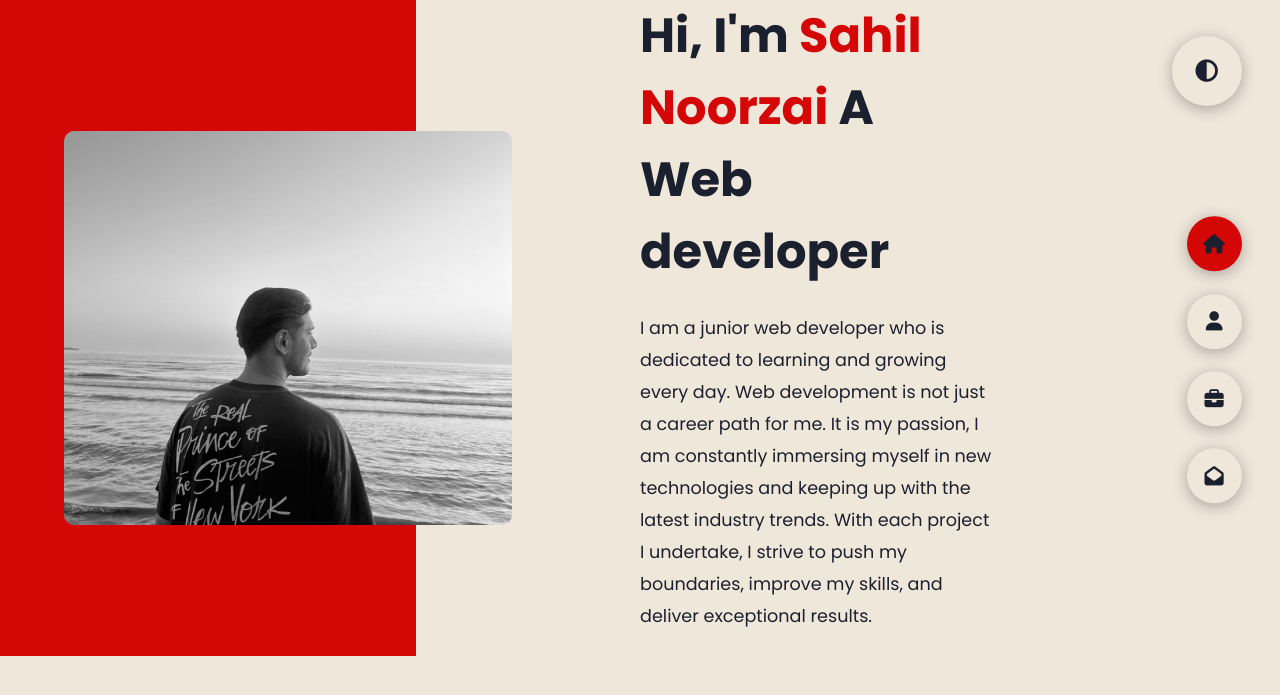
Repository: nftGambler/noorzai-portfolio
Page: index.html
The author's editor kept a copy of each file at every save. The page is drawn from the files as they stood at one save, then again after the next save.
The browser window is 1280 px wide. The pictures show the whole page.
After loading, the first visible `div.theme-btn` was clicked once.
The style sheet was rebuilt from its Sass, Less or Tailwind sources for each picture, by a compiler version that may differ from the author's.

Above is the page before, as saved 2023-11-23 21:38:50.

### index.html
<!DOCTYPE html>
<html lang="en">
<head>



  <link rel="stylesheet" href="https://cdnjs.cloudflare.com/ajax/libs/font-awesome/6.4.0/css/all.min.css" integrity="sha512-iecdLmaskl7CVkqkXNQ/ZH/XLlvWZOJyj7Yy7tcenmpD1ypASozpmT/E0iPtmFIB46ZmdtAc9eNBvH0H/ZpiBw==" crossorigin="anonymous" referrerpolicy="no-referrer">
  <link rel="stylesheet" href="/style/styles.css">
  <link rel="preconnect" href="https://fonts.googleapis.com">
  <link rel="preconnect" href="https://fonts.gstatic.com" crossorigin>
  <link href="https://fonts.googleapis.com/css2?family=Poppins:wght@400;500;600;700;800&display=swap" rel="stylesheet">
  <meta charset="UTF-8">
  <meta http-equiv="X-UA-Compatible" content="IE=edge">
  <meta name="viewport" content="width=device-width, initial-scale=1.0">
  <title>Portfolio</title>
</head>
<body class="main-content">

<header class="section sec1 header active" id="home">
  <div class="header-content">
    <div class="left-header">
      <div class="h-shape"></div>
      <div class="image">
        <img src="/images/D34CA683-6714-454B-97C2-18B314A18C3F_1_105_c.jpeg">
      </div>


    </div>
    <div class="right-header">
  <h1 class="name">Hi, I'm <span>Sahil Noorzai</span> A Web developer</h1>
  <p>
    I am a junior web developer who is dedicated to learning and growing
    every day. Web development is not just a career path for me. It is my passion, I am constantly
    immersing myself in new technologies and keeping up with the latest industry trends.
    With each project I undertake, I strive to push my boundaries, improve my skills, and deliver exceptional results.
  </p>

    </div>
  </div>

</header>

<main>
  <section class="section sec2 about" id="about">

    <div class="main-title">
        <h2>About <span>me</span> <span class="bg-text"></span></h2>
    </div>

    <div class="about-container">
      <div class="left-about">
        <h4>Information About me</h4>
        <p>
          As a passionate front-end developer, I have embarked on an inspiring self-taught
          journey for the past 1.5 years. Motivated by deep curiosity for web development and a desire
          to expand my skillset, I have dedicated countless hours to honing my craft independently. Throughout this time,
          I have proactively sought out a diverse range of resources, online tutorials, and coding communities, which have played
          a pivotal role in shaping my expertise. From humble beginnings to successfully completing numerouse personal projects, each step
          of this transformative journey has reinforced my adaptabillity, resourcefulness, and unwavering commitment to excellence in front-end development.
        </p>

        <div class="btn-con">

        </div>

      </div>

      <div class="right-about">
        <div class="about-item">
          <div class="abt-text">
            <p class="large-text">Javascript</p>

          </div>
        </div>
        <div class="about-item">
          <div class="abt-text">
            <p class="large-text">React JS</p>

          </div>
        </div>
        <div class="about-item">
          <div class="abt-text">
            <p class="large-text">HTML/HTML5</p>

          </div>
        </div>
        <div class="about-item">
          <div class="abt-text">
            <p class="large-text">CSS/Tailwind-CSS</p>

          </div>
        </div>
      </div>

    </div>

    <div class="about-stats">
      <h4 class="stat-title">My Skills</h4>
  </section>


  <section class="section sec3 portfolio" id="portfolio">

  <div class="main-title">
      <h2>My <span>Portfolio</span><span class="bg-text"></span></h2>
  </div>
  <p class="port-text">
    Several hands-on projects from reputable online courses and tutorials.
  </p>

<div class="portfolios">



  <div class="portfolio-item">
    <div class="image">
      <img src="/images/pngwing.com-3.png" alt="">
    </div>
    <div class="hover-items">

      <h3>Project Source</h3>
      <div class="icons">
        <a class="icon" href="https://countriesrestapiproject.netlify.app" target="_blank">
          <i class="fab fa-github"></i>
        </a>
      </div>

    </div>


  </div>


  <div class="portfolio-item">
    <div class="image">
      <img src="/images/crypto.png" alt="">
    </div>
    <div class="hover-items">

      <h3>Project Source</h3>
      <div class="icons">
        <a class="icon" href="https://crypto-project-portfolio.netlify.app" target="_blank">
          <i class="fab fa-github"></i>
        </a>
      </div>

    </div>


  </div>





  <div class="portfolio-item">
    <div class="image">
      <img src="/images/6831872.png" alt="">
    </div>
    <div class="hover-items">

      <h3>Project Source</h3>
      <div class="icons">
        <a class="icon" href="https://nftgambler.github.io/Game/" target="_blank">
          <i class="fab fa-github"></i>
        </a>
      </div>

    </div>


  </div>


  <div class="portfolio-item">
    <div class="image">
      <img src="/images/pngwing.com (1).png" alt="">
    </div>
    <div class="hover-items">

      <h3>Project Source</h3>
      <div class="icons">
        <a class="icon" href="https://amazon-portfolio-project.netlify.app/" target="_blank">
          <i class="fab fa-github"></i>
        </a>
      </div>

    </div>


  </div>


  <div class="portfolio-item">
    <div class="image">
      <img src="/images/youtube-logo-png-2067.png" alt="">
    </div>
    <div class="hover-items">

      <h3>Project Source</h3>
      <div class="icons">
        <a class="icon" href="https://youtube-portfolio-project.netlify.app" target="_blank">
          <i class="fab fa-github"></i>
        </a>
      </div>

    </div>


  </div>




  <div class="portfolio-item">
    <div class="image">
      <img src="/images/icons8-pair-app-500.png" alt="">
    </div>
    <div class="hover-items">

      <h3>Project Source</h3>
      <div class="icons">
        <a class="icon" href="https://small-api-project.netlify.app" target="_blank">
          <i class="fab fa-github"></i>
        </a>
      </div>

    </div>


  </div>
</div>


  </section>


  <section class="section sec5 contacts" id="contact">

    <div class="contact-container">
      <div class="main-title">
        <h2>Contact<span>Me</span><span class="bg-text"></span></h2>
      </div>
      <div class="contact-content-container">
        <div class="left-contact">

          <div class="contact-info">
            <div class="contact-item">
              <div class="icon">
                <i class="fas fa-envelope"></i>
                <span>Email</span>
              </div>
              <p>
                <span>sharo.s.n@hotmail.com</span>
              </p>
            </div>

            <div class="contact-item">
              <div class="icon">
                <i class="fas fa-user-graduate"></i>
                <span>Mobile Number</span>
              </div>
              <p>
                <span>438-528-6982</span>
              </p>
            </div>


            <div class="contact-item">
              <div class="icon">
                <i class="fas fa-map-marker-alt"></i>
                <span>Location</span>
              </div>
              <p>
                <span>
                  Montreal, Canada
                </span>
              </p>
            </div>


            <div class="contact-item">
              <div class="icon">
                <i class="fa-solid fa-globe"></i>
                <span>Languages</span>
              </div>
              <p>
                <span>
                  German, Persian, English
                </span>
              </p>
            </div>
          </div>



        </div>



          <div class="right-contact">

            <form action="mailto:sharo.s.n@hotmail.com" method="post" enctype="text/plain">
              <div class="form-group">
                <label for="name">Name:</label>
                <input class="input-control" type="text" id="name" name="name" required>
              </div>
              <div class="form-group">
                <label for="email">Email:</label>
                <input class="input-control" type="email" id="email" name="email" required>
              </div>
              <div class="form-group">
                <label for="message">Message:</label>
                <textarea class="input-control" id="message" name="message" rows="4" required></textarea>
              </div>
              <button class="submit-btn" type="submit">Send</button>
            </form>
          </div>




      </div>

    </div>

  </section>


</main>


<div class="controlls">
  <div class="control control-1 active-btn" data-id="home">
    <i class="fas fa-house"></i>
  </div>
  <div class="control control-2" data-id="about">
    <i class="fas fa-user"></i>
  </div>
  <div class="control control-3" data-id="portfolio">
    <i class="fas fa-briefcase"></i>
  </div>
  <div class="control control-5" data-id="contact">
    <i class="fas fa-envelope-open"></i>
  </div>
</div>

<div class="theme-btn">
  <i class="fas fa-adjust"></i>
</div>




<script src="/app.js"></script>
</body>
</html>

### app.js
const sections = document.querySelectorAll(".section");
const sectBtns = document.querySelectorAll(".controlls");
const allSections = document.querySelectorAll(".main-content");

function PageTransition() {
  // Button click active class
  const sectBtn = document.querySelectorAll(".control");

  for (let i = 0; i < sectBtn.length; i++) {
    sectBtn[i].addEventListener('click', function(){
      let currentBtn = document.querySelector('.active-btn');
      if (currentBtn) {
        currentBtn.classList.remove('active-btn');
      }
      this.classList.add('active-btn');
    });

  }

  allSections.forEach((section) => {
    section.addEventListener('click', (e) => {
      const id = e.target.dataset.id;
      if (id) {
        sectBtns.forEach((btn) => {
          btn.classList.remove('active');
        });
        e.target.classList.add('active');

        sections.forEach((section) => {
          section.classList.remove('active');
        });
        const element = document.getElementById(id);
        element.classList.add('active');
      }
    });
  });
  //Toggle theme
  const themeBtn = document.querySelector('.theme-btn');
  themeBtn.addEventListener('click', () => {
    let element = document.body;
    element.classList.toggle('light-mode')
  })
}

PageTransition();

### style/styles.scss


* {
  margin: 0;
  padding: 0;
  box-sizing: border-box;
  list-style: none;
}


:root {
  --color-primary: #191d2d;
  --color-secondary: #d50606;
  --color-white: #FFFFFF;
  --color-black: #000;
  --color-grey0: #f8f8f8;
  --color-grey-1: #dbe1e8;
  --color-grey-2: #b2becd;
  --color-grey-3: #6c7983;
  --color-grey-4: #454e56;
  --color-grey-5: #2a2e35;
  --color-grey-6: #12181b;
  --br-sm-2: 14px;
  --box-shadow-1: 0 3px 15px rgba(0,0,0,.3)
}

.light-mode{
  --color-primary: rgb(240,231,219);
  --color-secondary: #d50606;
  --color-white: rgb(27,32,47);
  --color-black: #000;
  --color-grey0: #f8f8f8;
  --color-grey-1:rgb(27,32,47);
  --color-grey-2: rgb(27,32,47);
  --color-grey-3: rgb(27,32,47);
  --color-grey-4:  rgb(240,231,219);
  --color-grey-5:  rgb(240,231,219);
  --color-grey-6: #12181b;
}



body {
  background-color: var(--color-primary);
  font-size: 1.1rem;
  font-family: 'Poppins', sans-serif;
  color: var(--color-white);
  transition: all .4s ease-in-out;
}

a{
  display: inline-block;
  text-decoration: none;
  color: inherit;
  font-family: inherit;
}

header {
  min-height: 100vh;
  color: var(--color-white);
  overflow: hidden;
}

section {
  min-height: 100vh;
  width: 100%;
  position: absolute;
  left: 0;
  top: 0;
  padding: 3rem 18rem;
}


.section{
  transform: translateY(-100);
  transition: all .4s ease-in-out;
  background-color: var(--color-primary);
}

.sec1{
  display: none;
  transform: translateY(0) scale(1);

}

.sec2{
  display: none;
  transform: translateY(0) scale(1);
}

.sec3{
  display: none;
  transform: translateY(0) scale(1);
}

.sec4{
  display: none;
  transform: translateY(0) scale(1);
}

.sec5{
  display: none;
  transform: translateY(0) scale(1);
}

.active{
  display: block;
  animation: scaleAnim 1s ease-in-out;
  @keyframes scaleAnim {
    0%{
      transform: translateY(-100%) scale(0)
    }

     100%{
      transform: translateY(0) scaleY(1);
     }

  }
}


//controls

.controlls{
  position: fixed;
  z-index: 10;
  top: 50%;
  right: 3%;
  display: flex;
  flex-direction: column;
  align-items: center;
  justify-content: center;
  transform: translateY(-50%);



  .active-btn{
    background-color: var(--color-secondary) !important;
    transition: all .4s ease-in-out;
    i{
      color: var(--color-white) !important;
    }
  }

  .control {
    padding: 1rem;
    cursor: pointer;
    background-color: var(--color-grey-4);
    width: 55px;
    height: 55px;
    border-radius: 50%;
    display: flex;
    justify-content: center;
    align-items: center;
    margin: .7rem 0;
    box-shadow: var(--box-shadow-1);
    i{
      font-size: 1.2rem;
      color: var(--color-grey-2);
      pointer-events: none;
    }
  }
}


.theme-btn{
top: 5%;
right: 3%;
width: 70px;
height: 70px;
border-radius: 50%;
background-color: var(--color-grey-4);
cursor: pointer;
position: fixed;
display: flex;
justify-content: center;
align-items: center;
box-shadow: 0 3px 15px rgba(0,0,0,.3);
transition: all .1s ease-in-out;
&:active{
  transform: translateY(-5px);
}
i{
  font-size: 1.4rem;
  color: var(--color-grey-2);
  pointer-events: none;
}
}




.header-content {
  display: grid;
  grid-template-columns: repeat(2, 1fr);
  min-height: 100%;
  .left-header {
    display: flex;
    align-items: center;
    position: relative;
    .h-shape {
      transition: all .4s ease-in-out;
      width: 65%;
      height: 100%;
      background-color: var(--color-secondary);
      position: absolute;
      left: 0;
      top: 0;
      z-index: -1;
      // clip-path: polygon(0 0, 56% 0, 76% 100%, 18% 100%);


    }
    .image {
      border: var(--br-sm-2);
      height: 60%;
      width: 70%;
      margin-left: 4rem;
      // background-color: var(--color-black);
      transition: all .4s ease-in-out;
      border-radius: 10px;
      img {
        width: 100%;
        height: 100%;
        object-fit: cover;
        transition: all .4s ease-in-out;
        border-radius: 10px;


        filter: grayscale(100%);
        &:hover {
          filter: grayscale(0);
        }
      }
    }
  }


  .right-header {
    display: flex;
    flex-direction: column;
    justify-content: center;
    padding-right: 18rem;
    .name {
      font-size: 3rem;

      span{
        color: var(--color-secondary);
      }
    }
    p{
      margin: 1.5rem 0;
      line-height: 2rem;
    }
  }
}



//About

.about-container{
  display: grid;
  grid-template-columns: repeat(2, 1fr);
  padding-top: 3.5rem;
  padding-bottom: 5rem;
  .right-about {
    display: grid;
    grid-template-columns: repeat(2, 1fr);
    grid-gap: 2rem;
    .about-item {
      border: 1px solid var(--color-grey-5);
      border-radius: 5px;
      transition: all .4s ease-in-out;
      box-shadow: 1px 2px 15px rgba(0,0,0,.1);
      &:hover {
        cursor: default;
        transform: translateY(-5px);
        border: 1px solid var(--color-secondary);
        box-shadow: 1px 2px 15px rgba(0,0,0,.32);

      }
      .abt-text{
        padding: 1.5rem;
        display: flex;
        flex-direction: column;
        .large-text{
          margin: auto;
          font-size: 2.5rem;
          font-weight: 700;
          color: var(--color-secondary);
        }
        .small-text{
          padding-left: 3rem;
          position: relative;
          text-transform: uppercase;
          font-size: 1.2rem;
          color: var(--color-grey-1);
          letter-spacing: 2px;
          &::before{
            content: '';
            position: absolute;
            left: 0;
            top: 15px;
            width: 2rem;
            height: 2px;
            background-color: var(--color-grey-5);
          }
        }
      }
    }
  }


  .left-about{
    padding-right: 5rem;
    p{
      line-height: 2rem;
      padding: 1rem;
      color: var(--color-grey-1);
    }
    h4{
      font-size: 2rem;
      text-transform: uppercase;
    }
  }
}


.stat-title {
  text-transform: uppercase;
  font-size: 1.4rem;
  text-align: center;
  padding: 3.5rem 0;
  position: relative;
  // gray line
  &::before{
    content: '';
    position: absolute;
    left: 50%;
    top: 0;
    width: 40%;
    height: 1px;
    background-color: var(--color-grey-5);
    transform: translateX(-50%);
  }
}







//Contact section

.contact-content-container {

  display: flex;
  padding-top: 3.5rem;
  flex-direction: column;
  .left-contact {
    flex: 2;
    h4{
      margin-top: 1rem;
      font-size: 2rem;
      text-transform: uppercase;
    }
    p {
      margin: 1rem 0;
      line-height: 2rem;
    }

    .contact-info{
      .contact-item{
        display: flex;
        align-items: center;
        justify-content: space-between;


        p{
          margin: .3rem 0 !important;
          padding: 0 !important;
        }
        .icon{
          display: grid;
          grid-template-columns: 40px 1fr;
          i{
            display: flex;
            align-items: center;
            font-size: 1.3rem;
          }
        }
      }
    }
    .contact-icon{
      display: flex;
      margin: 2rem;

    }
  }

  .right-contact {
    display: flex;
    flex-direction: column;
    max-width: 500px;
    margin-top: 10rem;


    .input-control {

      background-color: var(--color-grey-5);
      border: none;
      border-radius: 30px;
      font-weight: inherit;
      font-size: inherit;
      font-family: inherit;
      padding: .8rem 1.1rem;
      outline: none;
      width: 100%;
      color: var(--color-white);
      resize: none;
    }
  }

  .submit-btn{

        display: flex;
        justify-content: flex-start;
        padding: .4rem 2rem;
        border-radius: 20px;
        border: none;
        background-color: var(--color-grey-5);
        color: white;
      }



}









/*Independent components*/
.btn-con{
  display: flex;
  align-self: flex-start;
}
.main-btn {
  border-radius: 30px;
  color: inherit;
  font-weight: 600;
  position: relative;
  border: 1px solid var(--color-secondary);
  display: flex;
  align-self: flex-start;
  align-items: center;
  overflow: hidden;
  .btn-text {
    padding: 0 2rem;
  }
  .btn-icon{
    background-color: var(--color-secondary);

    display: flex;
    align-items: center;
    justify-self: center;
    border-radius: 50%;
    padding: 1rem;
  }


  .submit-button{
    background-color: transparent;
    color: white;
    border: none;
  }

  &::before{
    content: '';
    position: absolute;
    top: 0;
    right: 0;
    transform: translateX(100%);
    transition: all .4s ease-in-out;
    z-index: -1;
  }

  &:hover{
    &::before{
      width: 100%;
      height: 100%;
      background-color: var(--color-secondary);
      transform: translateX(0);
    }
  }
}


.main-title {
  text-align: center;
  h2{
    position: relative;
    text-transform: uppercase;
    font-size: 4rem;
    font-weight: 700;

    span{
      color: var(--color-secondary);
    }

    .bg-text{
      position: absolute;
      top: 50%;
      left: 50%;
      color: var(--color-grey-5);
      transition: all .4s ease-in-out;
      z-index: -1;
      transform: translate(-50%, -50%);
      font-weight: 800;
      font-size: 6.3rem;
    }

  }
}




.port-text{
  padding: 2rem 0;
  text-align: center;
  color: var(--color-grey-3);
}

.portfolios{
  display: grid;
  grid-template-columns: repeat(3, 1fr);
  grid-gap: 2rem;
  margin-top: 3rem;
  .portfolio-item{
    position: relative;
    img{
      width: 80%;
      height: 100%;
      object-fit: cover;
    }
    .hover-items{
      width: 100%;
      height: 100%;
      background-color: var(--color-secondary);
      position:absolute;
      left: 0;
      top: 0;
      border-radius: 15px;
      display: flex;
      justify-content: center;
      align-items: center;
      flex-direction: column;
      //to change the background to default
      opacity: 0;
      transform: scale(0);
      transition: all .4s ease-in-out;
      h3{
        font-size: 1rem;
        margin-bottom: 1rem;
        color: var(--color-white);
      }
      .icons {
        display: flex;
        justify-content: center;
        align-items: center;
        .icon{
          background-color: var(--color-primary);
          border-radius: 50%;
          width: 50px;
          height: 50px;
          display: flex;
          align-items: center;
          justify-content: center;
          margin: 0 1rem;
          cursor: pointer;
          transition: all .4s ease-in-out;

          i{
            font-size: 1rem;
            color: var(--color-white);
            margin: 0 1rem;
          }
          &:hover {
            background-color: var(--color-white);
            i{
              color: var(--color-primary);
            }
          }
        }


      }
    }
  }
}


.portfolio-item:hover .hover-items{
  opacity: 1;
  transform: scale(1);
}

@import './media';

### style/_media.scss

@media screen and (max-width: 600px) {

  .about-container{


    .right-about{
      padding-top: 2.5rem;
      grid-template-columns: 1fr;
    }

    .left-about{
      padding-right: 0;
      p{
        padding-left: 0;

      }
    }
  }

}

@media screen and (max-width: 900px){
  header{
    padding: 0;
  }
  header .right-header{
    padding: 2rem !important;
  }

.theme-btn{
  width: 50px;
  height: 50px;
}

.header-content {
  grid-template-columns: 1fr;
  padding-bottom: 6rem;
}

.left-header{
  .h-shape{
    display: none;
  }
}

.right-header{
  grid-row: 1;
  width: 90%;
  margin: 0 auto;
  .name{
    font-size: 2.5rem !important;
  }
}

.header-content .left-header .image {
  margin: 0 auto;
  width: 90%;
  height: 100%;
}

.about-container{
  grid-template-columns: 1fr;
  .right-about{
    padding-top: 2.5rem;
  }

  .left-about{
    padding-right: 0;
    p{
      padding-left: 0;
    }
  }
}

.about-stats{
  .progress-bars{
    grid-template-columns: 1fr;
  }
}

.portfolios{
  grid-template-columns: 1fr 1fr;
  padding-bottom: 2rem;

}


.contact-content-container{

  flex-direction: column;
  .right-contact{
    margin-left: 0;
    margin-top: 2.5rem;
  }
}


.section{
  padding: 2rem 2.5rem !important;
}

.main-title{
  h2{
    font-size: 2rem;
    span{
      font-size: 1.5rem;
    }
    .bg-text{
      font-size: 3rem;
    }
  }
}


  .controlls{
    top: auto;
    bottom: 0;
    flex-direction: row;
    justify-content: center;
    left: 50%;
    transform: translateX(-50%);
    width: 100%;
    background-color: var(--color-grey-5);
    .control{
      margin: 1rem .3rem;
    }
  }
}





@media screen and (max-width: 1900px){

  .about-container{
    grid-template-columns: 1fr;
    .right-about{
      padding-top: 2.5rem;

    }

    .left-about{
      padding-right: 0;
      p{
        padding-left: 0;
      }
    }
  }

  .about-stats{
    .progress-bars{
      grid-template-columns: 1fr;
    }
  }



  .main-title{
    h2{
      font-size: 1rem;

      span{
        font-size: 2rem;
      }
      .bg-text{
        display: none;
      }
    }
  }



.contact-content-container{
  flex-direction: column;

  .right-contact{
    margin-left: 0;
    margin-top: 2.5rem;

  }
}

}

After the next save:
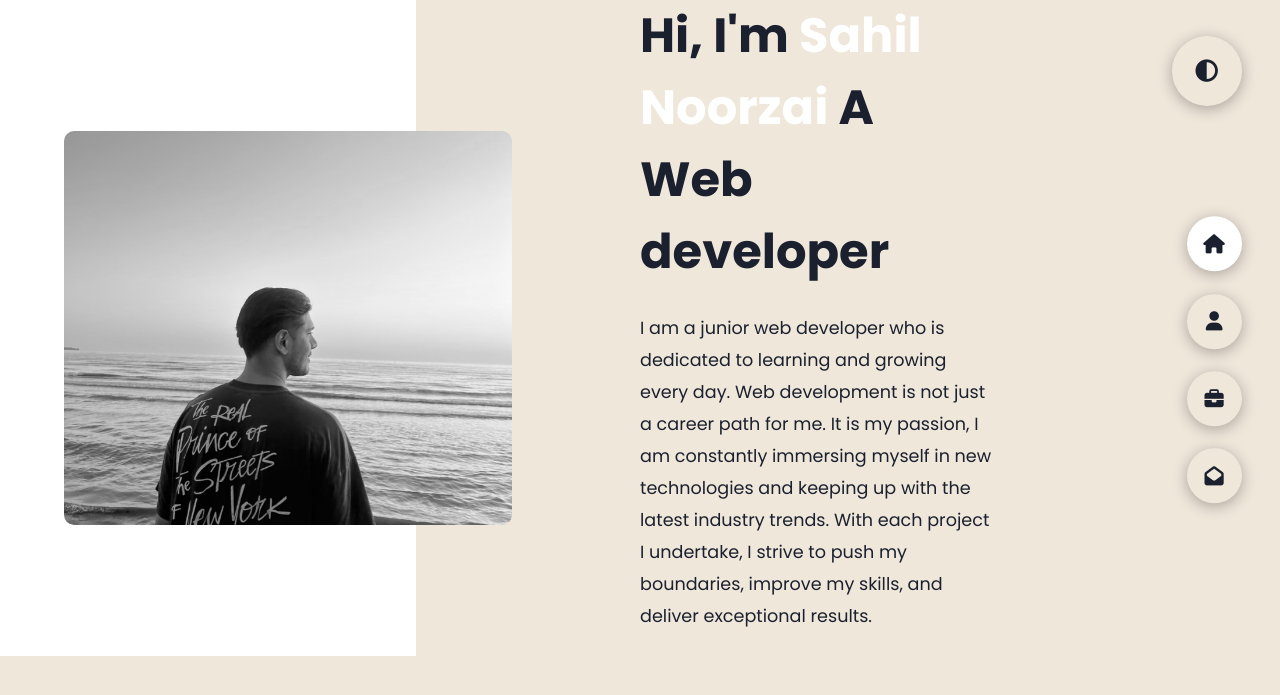
Saved 27 s later.
--- a/style/styles.scss
+++ b/style/styles.scss
@@ -26,7 +26,7 @@
 
 .light-mode{
   --color-primary: rgb(240,231,219);
-  --color-secondary: #d50606;
+  --color-secondary: white;
   --color-white: rgb(27,32,47);
   --color-black: #000;
   --color-grey0: #f8f8f8;
